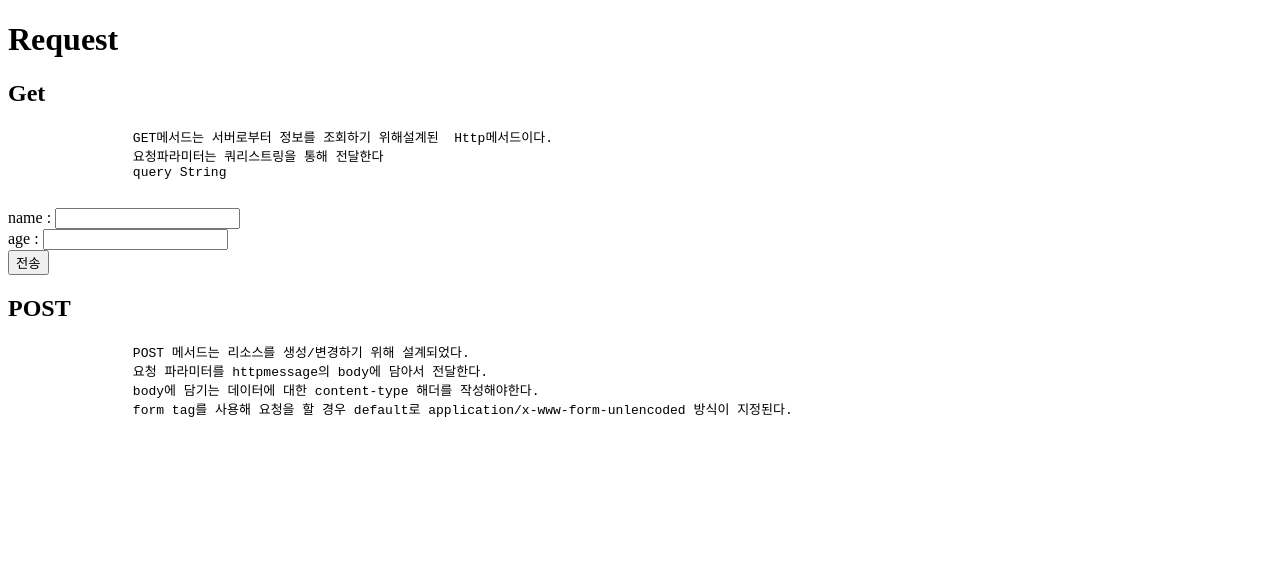
Repository: vaynel/StudyFile
Page: H_spring/spring04_servlet/WebContent/a_request.html
An editor plug-in stored every save of this project. The page is shown before and after the next save, followed by the edit.
The browser window is 1280 px wide. The pictures show the whole page.

Above is the page before, as saved 2023-01-18 02:18:56.

### H_spring/spring04_servlet/WebContent/a_request.html
<!DOCTYPE html>
<html>
<head>
<meta charset="UTF-8">
<title>Insert title here</title>
</head>
<body>

	<h1>Request</h1>
	<h2>Get</h2>
	<pre>
		GET메서드는 서버로부터 정보를 조회하기 위해설계된  Http메서드이다.
		요청파라미터는 쿼리스트링을 통해 전달한다
		query String
	</pre>
	<form action="/srping04_servlet/req">
		<label>name : <input type="text" name="name"></label><br>
	    <label>age : <input type="number" name="age"></label><br>
	    <button>전송</button>
	</form>

	<h2>POST</h2>
	<pre>
		POST 메서드는 리소스를 생성/변경하기 위해 설계되었다.
		요청 파라미터를 httpmessage의 body에 담아서 전달한다.
		body에 담기는 데이터에 대한 content-type 해더를 작성해야한다.
		form tag를 사용해 요청을 할 경우 default로 application/x-www-form-unlencoded 방식이 지정된다.

	</pre>



</body>
</html>

After the next save:
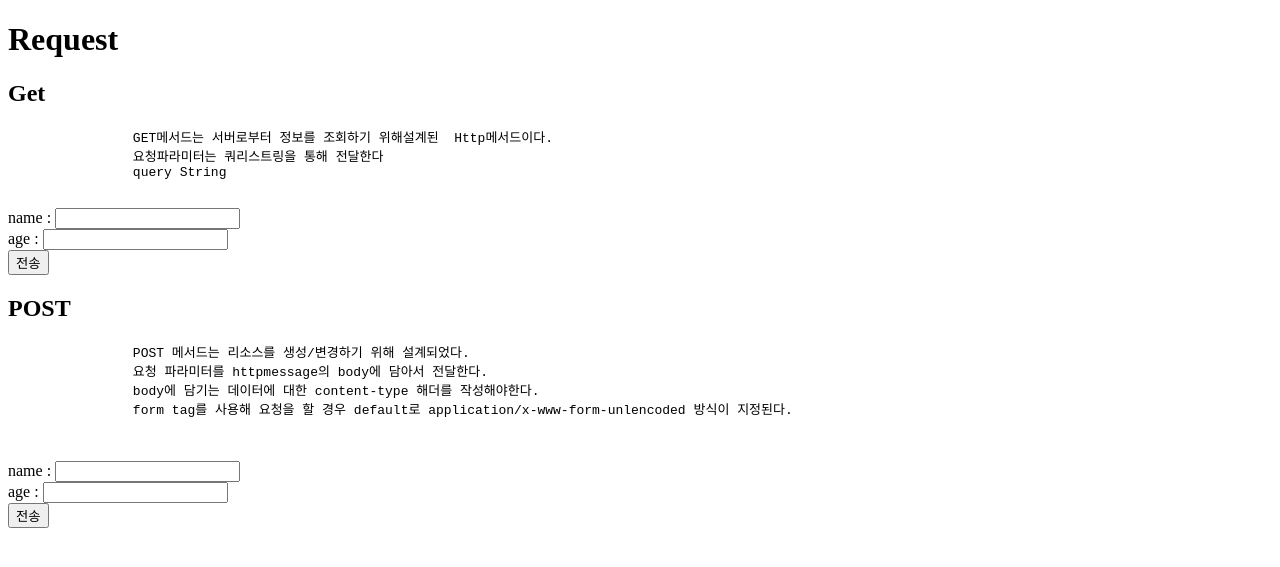
Saved 63 s later.
--- a/H_spring/spring04_servlet/WebContent/a_request.html
+++ b/H_spring/spring04_servlet/WebContent/a_request.html
@@ -27,6 +27,11 @@
 		form tag를 사용해 요청을 할 경우 default로 application/x-www-form-unlencoded 방식이 지정된다.
 
 	</pre>
+	<form action="/spring04_servlet/req" mothod="post">
+    	<label>name : <input type="text" name="name"></label><br>
+	    <label>age : <input type="number" name="age"></label><br>
+	    <button>전송</button>
+	</form>
 
 
 
